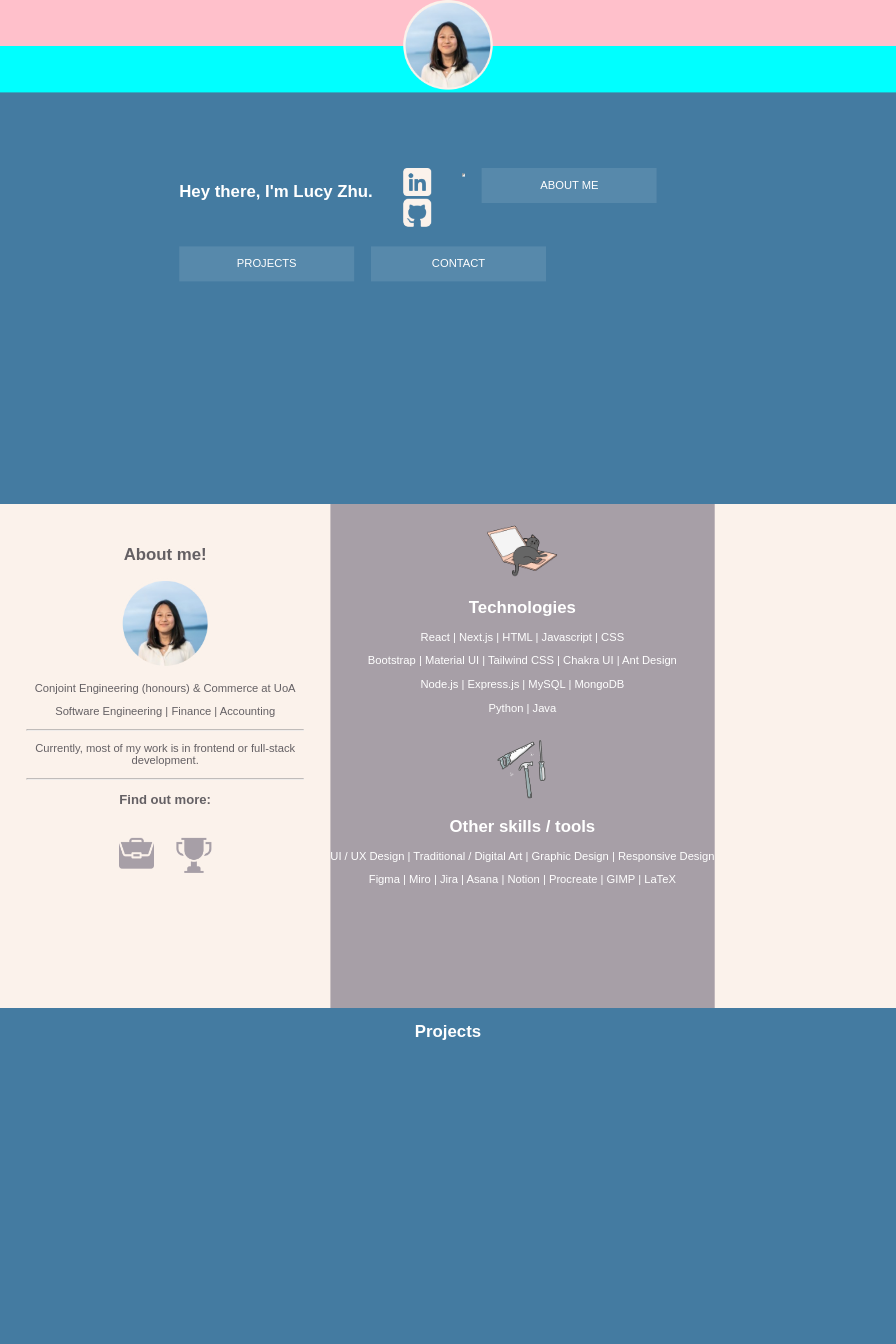
Repository: lukisoo/lukisoo-portfolio
Page: /
The author's editor kept a copy of each file at every save. The page is drawn from the files as they stood at one save, then again after the next save.
The browser window is 1280 px wide. The pictures show the part of the page from y = 0 to 1920 px (the page is 2920 px tall), at 70% of full size.
The project was rebuilt for these pictures with package versions that can differ from the ones it lists, and the page was loaded fresh each time.

Above is the page before, as saved 2022-07-31 08:13:52.

### public/index.html
<!DOCTYPE html>
<html lang="en">
  <head>
    <meta charset="utf-8" />
    <link rel="icon" href="%PUBLIC_URL%/favicon.ico" />
    <meta name="viewport" content="width=device-width, initial-scale=1" />
    <meta name="theme-color" content="#000000" />
    <meta
      name="description"
      content="Web site created using create-react-app"
    />
    <link rel="apple-touch-icon" href="%PUBLIC_URL%/logo192.png" />
    <!--
      manifest.json provides metadata used when your web app is installed on a
      user's mobile device or desktop. See https://developers.google.com/web/fundamentals/web-app-manifest/
    -->
    <link rel="manifest" href="%PUBLIC_URL%/manifest.json" />
    <!--
      Notice the use of %PUBLIC_URL% in the tags above.
      It will be replaced with the URL of the `public` folder during the build.
      Only files inside the `public` folder can be referenced from the HTML.

      Unlike "/favicon.ico" or "favicon.ico", "%PUBLIC_URL%/favicon.ico" will
      work correctly both with client-side routing and a non-root public URL.
      Learn how to configure a non-root public URL by running `npm run build`.
    -->
    <title>Lucy Zhu's Portfolio</title>
  </head>
  <body>
    <noscript>You need to enable JavaScript to run this app.</noscript>
    <div id="root"></div>
    <!--
      This HTML file is a template.
      If you open it directly in the browser, you will see an empty page.

      You can add webfonts, meta tags, or analytics to this file.
      The build step will place the bundled scripts into the <body> tag.

      To begin the development, run `npm start` or `yarn start`.
      To create a production bundle, use `npm run build` or `yarn build`.
    -->
  </body>
</html>

### src/index.js
import React from "react";
import {
  BrowserRouter as Router,
  Route,
  BrowserRouter,
} from "react-router-dom";
import ReactDOM from "react-dom/client";
import "./index.css";
import App from "./App";
import reportWebVitals from "./reportWebVitals";

const root = ReactDOM.createRoot(document.getElementById("root"));
root.render(
  <React.StrictMode>
    <BrowserRouter>
        <App />
    </BrowserRouter>
  </React.StrictMode>
);

// If you want to start measuring performance in your app, pass a function
// to log results (for example: reportWebVitals(console.log))
// or send to an analytics endpoint. Learn more: https://bit.ly/CRA-vitals
reportWebVitals();

### src/index.css
@import url('https://fonts.googleapis.com/css2?family=Source+Sans+Pro:ital,wght@0,200;0,300;0,400;0,600;0,700;0,900;1,200;1,300;1,400;1,600;1,700;1,900&display=swap');

body {
  margin: 0;
  /* font-family: -apple-system, BlinkMacSystemFont, 'Segoe UI', 'Roboto', 'Oxygen',
    'Ubuntu', 'Cantarell', 'Fira Sans', 'Droid Sans', 'Helvetica Neue',
    sans-serif; */
    font-family: arial;
  -webkit-font-smoothing: antialiased;
  -moz-osx-font-smoothing: grayscale;
  background-color: #447BA1;
  color: white;
  /* font-family: 'Source Sans Pro', sans-serif; */
  overflow-x: hidden;
}

code {
  font-family: source-code-pro, Menlo, Monaco, Consolas, 'Courier New',
    monospace;
}

a {
  text-decoration: none;
}

### src/App.js
import "./App.css";

import { Link } from "react-router-dom";
import { Tooltip, Grid } from "@mui/material";

import ProfilePhoto from "./images/header/profile-photo.png";
import LinkedinLogo from "./images/header/linkedin-logo.png";
import GithubLogo from "./images/header/github-logo.png";
import ExperienceLogo from "./images/about-me/experience.png";
import AchievementsLogo from "./images/about-me/achievements.png";

import Laptop from "./images/about-me/laptop.gif";
import Tools from "./images/about-me/tools.gif";

function App() {
  return (
    <div className="App">
      <header className="full-section">
      <div className="header-image">
            <img
              src={ProfilePhoto}
              className="profile-photo"
              alt="Profile Photo"
            />
          </div>
        <div className="header-content">
          <Grid container spacing={3}>
            <Grid item xs={12} md={12}>
              <h2>Hey there, I'm Lucy Zhu.</h2>
            </Grid>
            <Grid item xs={12} md={12}>
              <Tooltip title="LinkedIn">
                <a href="https://www.linkedin.com/in/lucyzhu613/">
                  <img
                    src={LinkedinLogo}
                    className="social-logo"
                    alt="Linkedin Logo"
                  />
                </a>
              </Tooltip>
              <Tooltip title="Github">
                <a href="https://github.com/lukisoo">
                  <img
                    src={GithubLogo}
                    className="social-logo"
                    alt="Github Logo"
                  />
                </a>
              </Tooltip>
            </Grid>
            <Grid item xs={12} md={12}>
              <hr className="header-divider" />
            </Grid>
            <Grid item xs={12} md={4}>
              <a href="#about-me-section">
                <div className="box-1">
                  <div className="btn btn-one">
                    <span>ABOUT ME</span>
                  </div>
                </div>
              </a>
            </Grid>
            <Grid item xs={12} md={4}>
              <a href="#projects-section">
                <div className="box-1">
                  <div className="btn btn-one">
                    <span>PROJECTS</span>
                  </div>
                </div>
              </a>
            </Grid>
            <Grid item xs={12} md={4}>
              <a href="#contact-section">
                <div className="box-1">
                  <div className="btn btn-one">
                    <span>CONTACT</span>
                  </div>
                </div>
              </a>
            </Grid>
          </Grid>
        </div>
      </header>

      <section id="about-me-section" className="full-section">
        <div className="about-me-content">
          <Grid container spacing={0}>
            <Grid item xs={12} md={4}>
              <div className="about-me-left">
                <div className="details-content">
                  <h1>About me!</h1>
                  <img
                    src={ProfilePhoto}
                    className="profile-photo"
                    alt="Profile Photo"
                  />
                  <p>Conjoint Engineering (honours) & Commerce at UoA</p>
                  <p>Software Engineering | Finance | Accounting</p>
                  <hr />
                  <p>
                    Currently, most of my work is in frontend or full-stack
                    development.
                  </p>
                  <hr />
                  <h3>Find out more:</h3>
                  <div className="about-me-logo-section">
                    <Tooltip title="Experience">
                      <img
                        src={ExperienceLogo}
                        className="about-me-logo"
                        alt="Experience Logo"
                      />
                    </Tooltip>
                    <Tooltip title="Achievements">
                      <img
                        src={AchievementsLogo}
                        className="about-me-logo"
                        alt="Achievements Logo"
                      />
                    </Tooltip>
                  </div>
                </div>
              </div>
            </Grid>
            <Grid item xs={12} md={8}>
              <div className="about-me-right">
                <div className="skills-content">
                  <img src={Laptop} className="laptop-gif" alt="Laptop" />
                  <h2>Technologies</h2>
                  <p>React | Next.js | HTML | Javascript | CSS</p>
                  <p>
                    Bootstrap | Material UI | Tailwind CSS | Chakra UI | Ant
                    Design
                  </p>
                  <p>Node.js | Express.js | MySQL | MongoDB</p>
                  <p>Python | Java</p>
                  <br />
                  <img src={Tools} className="tools-gif" alt="Tools" />
                  <h2>Other skills / tools</h2>
                  <p>
                    UI / UX Design | Traditional / Digital Art | Graphic Design
                    | Responsive Design
                  </p>
                  <p>
                    Figma | Miro | Jira | Asana | Notion | Procreate | GIMP |
                    LaTeX
                  </p>
                </div>
              </div>
            </Grid>
          </Grid>
        </div>
      </section>

      <section id="projects-section" className="full-section">
        <div>
          <h1>Projects</h1>
          <Grid container spacing={2}>
            <Grid item xs={6} md={8}></Grid>
            <Grid item xs={6} md={4}></Grid>
            <Grid item xs={6} md={4}></Grid>
            <Grid item xs={6} md={8}></Grid>
          </Grid>
        </div>
      </section>

      <section id="contact-section" className="full-section">
        <div>
          <h1>Contact me!</h1>
          <Grid container spacing={2}>
            <Grid item xs={6} md={8}></Grid>
            <Grid item xs={6} md={4}></Grid>
            <Grid item xs={6} md={4}></Grid>
            <Grid item xs={6} md={8}></Grid>
          </Grid>
        </div>
      </section>
    </div>
  );
}

export default App;

### src/App.css
.App {
  text-align: center;
  margin: 0;
}

/* Section Content */
.full-section {
  height: 100vh;
  width: 100vw;
}

/* Buttons */
.box-1 {
  /* background-color: hsl(0, 100%, 70%);  */
  width: 250px;
  margin: auto;
}

.btn {
	line-height: 50px;
	height: 50px;
	text-align: center;
	width: 250px;
	cursor: pointer;
}

.btn-one {
	color: #FFF;
	transition: all 0.3s;
	position: relative;
}
.btn-one span {
	transition: all 0.3s;
}
.btn-one::before {
	content: '';
	position: absolute;
	bottom: 0;
	left: 0;
	width: 100%;
	height: 100%;
	z-index: 1;
	opacity: 0;
	transition: all 0.3s;
	border-top-width: 1px;
	border-bottom-width: 1px;
	border-top-style: solid;
	border-bottom-style: solid;
	border-top-color: rgba(255,255,255,0.5);
	border-bottom-color: rgba(255,255,255,0.5);
	transform: scale(0.1, 1);
}
.btn-one:hover span {
	letter-spacing: 2px;
}
.btn-one:hover::before {
	opacity: 1;
	transform: scale(1, 1);
}
.btn-one::after {
	content: '';
	position: absolute;
	bottom: 0;
	left: 0;
	width: 100%;
	height: 100%;
	z-index: 1;
	transition: all 0.3s;
	background-color: rgba(255,255,255,0.1);
}
.btn-one:hover::after {
	opacity: 0;
	transform: scale(0.1, 1);
}

/* Header CSS */
.header-content {
  width: 60vw;
  height: 70vh;
  margin: 0 auto 0 auto;
  margin-top: 15vh;
  /* background-color: red; */
}

.header-divider {
  color: white;
  border-width: 2px;
}

.header-image {
  background: linear-gradient(180deg, #FFC0CB 50%, #00FFFF 50%);
  width: 100vw;
  height: auto;
}

.profile-photo {
  width: 10vw;
  height: auto;
}

.social-logo {
  width: 40px;
  height: auto;
  padding: 0 1% 0 1%;
}

.social-logo:hover {
  opacity: 0.8;
  cursor: pointer;
}

/* About Me CSS */
#about-me-section {
  background-color: #FBF2EB;
}

.about-me-content {
  height: 100vh;
  width: 100vw;
}

.about-me-logo-section {
  /* height: 100px; */
}

.about-me-logo {
  width: 50px;
  margin: 5% 3% 0 3%;
  padding: 1%;
}

.about-me-logo:hover {
  border-radius: 15px;
  /* border: 1px solid #A79FA7; */
  opacity: 0.8;
  cursor: pointer;
}

.about-me-left {

}

.details-content {
  padding: 8% 8% 8% 8%;
  color: #646064;
}

.about-me-right {
  background-color: #A79FA7;
  height: 100vh;

}

.skills-content {
  padding: 5% 0 5% 0;
}

.laptop-gif {
  width: 8vw;
}

.tools-gif {
  width: 6vw;
}

/* Projects CSS */

/* Contact CSS */

#contact-section {
  background-color: #FBF2EB;
}

Loaded but not shown: src/reportWebVitals.js (common file)

After the next save:
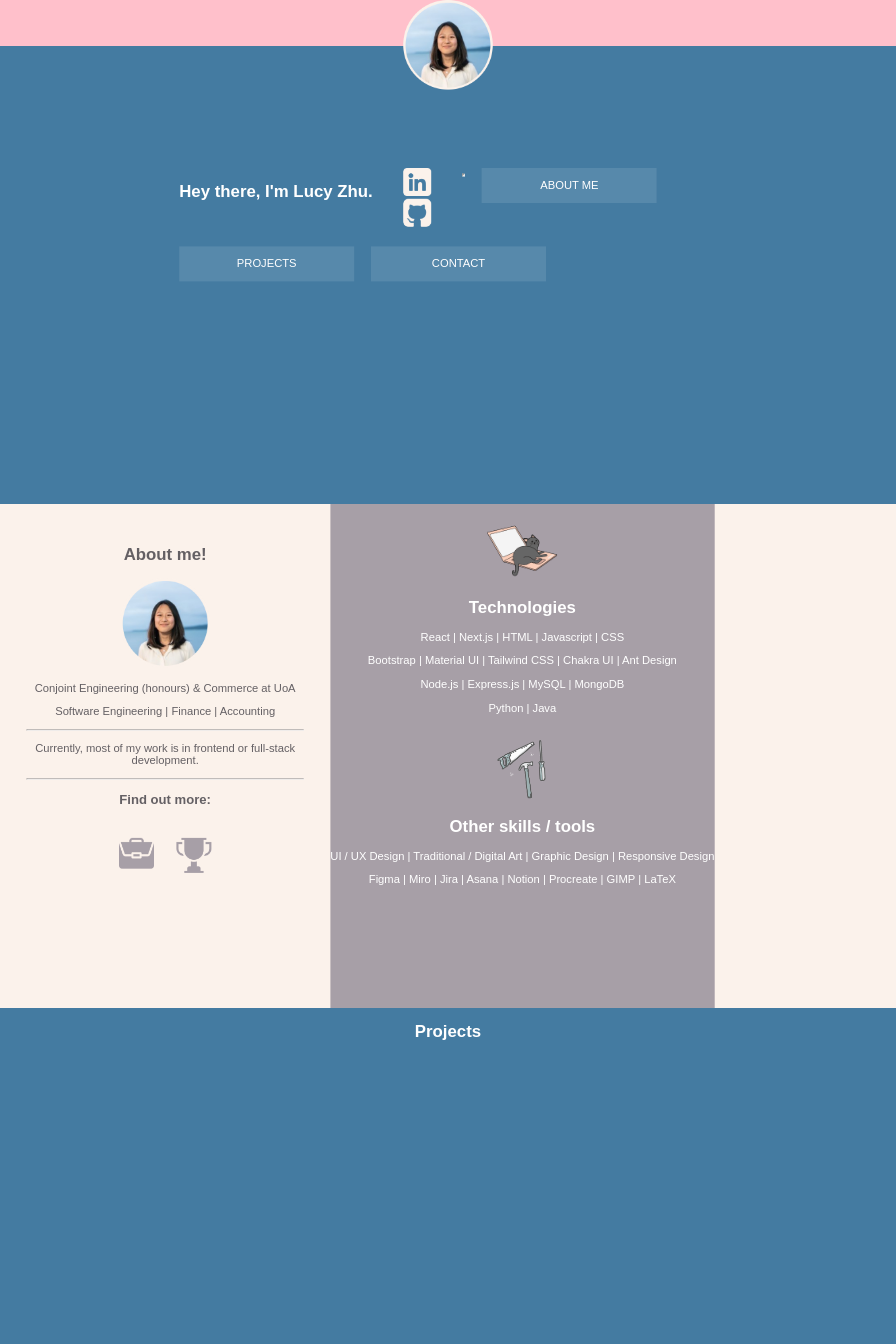
Saved 77 s later.
--- a/src/App.css
+++ b/src/App.css
@@ -88,7 +88,7 @@
 }
 
 .header-image {
-  background: linear-gradient(180deg, #FFC0CB 50%, #00FFFF 50%);
+  background: linear-gradient(180deg, #FFC0CB 50%, #ffffff00 50%);
   width: 100vw;
   height: auto;
 }
